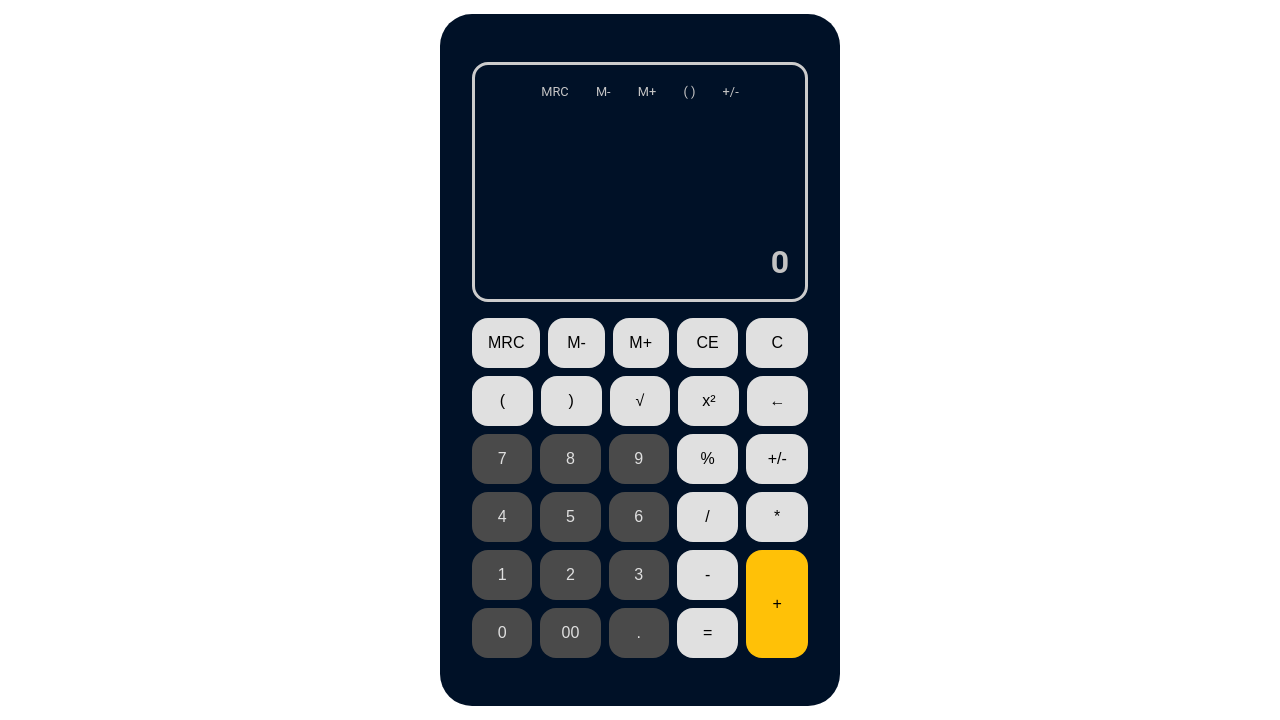
Repository: Denis793/CalculatorNew
Page: index.html
The author's editor kept a copy of each file at every save. The page is drawn from the files as they stood at one save, then again after the next save.
The browser window is 1280 px wide. The pictures show the whole page.
The pointer rests on the first visible `.button`.
The style sheet was rebuilt from its Sass, Less or Tailwind sources for each picture, by a compiler version that may differ from the author's.

Above is the page before, as saved 2025-05-17 19:24:37.

### index.html
<!DOCTYPE html>
<html lang="en">
  <head>
    <meta charset="UTF-8" />
    <meta name="viewport" content="width=device-width, initial-scale=1.0" />
    <title>Calculator</title>
    <link rel="stylesheet" href="./app/style/css/main.css" />
  </head>
  <body>
    <div class="calculatorContainer">
      <div class="display">
        <div class="indicators">
          <span class="indicator" data-key="MRC">MRC</span>
          <span class="indicator" data-key="M-">M-</span>
          <span class="indicator" data-key="M+">M+</span>
          <span class="indicator" data-key="()">( )</span>
          <span class="indicator" data-key="+/-">+/-</span>
        </div>

        <ul id="historyList"></ul>

        <div class="previous"></div>
        <div class="current"></div>
      </div>

      <div class="keypad">
        <div class="memoryBtn">
          <button class="button">MRC</button>
          <button class="button">M-</button>
          <button class="button">M+</button>
        </div>

        <div class="cleanBtn">
          <button class="button">CE</button>
          <button class="button ac">C</button>
        </div>

        <div class="buttonFirst">
          <button class="button">(</button>
          <button class="button">)</button>
          <button class="button">√</button>
          <button class="button">x²</button>
          <button class="button">←</button>
        </div>

        <div class="numbersBtn">
          <button class="button">7</button>
          <button class="button">8</button>
          <button class="button">9</button>

          <button class="button">4</button>
          <button class="button">5</button>
          <button class="button">6</button>

          <button class="button">1</button>
          <button class="button">2</button>
          <button class="button">3</button>

          <button class="button">0</button>
          <button class="button">00</button>
          <button class="button">.</button>
        </div>

        <div class="operationsBtn">
          <button class="button">%</button>
          <button class="button">+/-</button>
          <button class="button">/</button>
          <button class="button">*</button>
          <button class="button">-</button>
          <button class="button plus">+</button>
          <button class="button">=</button>
        </div>
      </div>
    </div>
    <script type="module" src="./app/js/main.js"></script>
  </body>
</html>

### app/js/main.js
import { initializeCalculator } from './state.js';
import './memory.js';
import './operations.js';
import './equals.js';
import './formatter.js';
import './history.js';
import './inputHandler.js';

initializeCalculator();

### app/js/state.js
import { handleMemory } from './memory.js';
import { handleOperations } from './operations.js';
import { handleEquals } from './equals.js';
import { handleInput } from './inputHandler.js';

export const state = {
  expression: '',
  memory: 0,
  memoryLog: [],
  memoryActive: false,

  finish: false,
  lastOperator: '',
  lastOperand: '',
  history: [],
  MAX_LENGTH: 12,
  displayPrev: document.querySelector('.previous'),
  displayCurr: document.querySelector('.current'),
  buttons: document.querySelector('.keypad'),
  historyList: document.getElementById('historyList'),
  lastFunction: '',
  parenthesesCount: 0,
};

export function clearAll() {
  state.expression = '';
  state.finish = false;
  state.lastOperator = '';
  state.lastOperand = '';
  state.lastFunction = '';
  state.parenthesesCount = 0;
  state.displayCurr.textContent = '0';
  state.displayPrev.textContent = '';
  state.historyList.innerHTML = '';
  state.history = [];
  state.memoryActive = false;

  document.querySelectorAll('.button').forEach((btn) => btn.classList.remove('active-operator'));
  document.querySelectorAll('.indicator').forEach((i) => i.classList.remove('active'));
}

export function initializeCalculator() {
  clearAll();

  document.querySelector('.ac').addEventListener('click', clearAll);

  state.buttons.addEventListener('click', (e) => {
    const btn = e.target;
    if (!btn.classList.contains('button')) return;

    const key = btn.textContent;

    const specialKeys = ['MRC', 'M-', 'M+', '+/-', '√'];
    if (specialKeys.includes(key)) {
      document.querySelectorAll('.indicator').forEach((i) => {
        const keep = i.dataset.key === '()' && state.parenthesesCount > 0;
        if (!keep) i.classList.remove('active');
      });
      const indicator = document.querySelector(`.indicator[data-key="${key}"]`);
      if (indicator) indicator.classList.add('active');
    }

    if (handleMemory(key)) return;
    if (handleOperations(key)) return;
    if (handleEquals(key)) return;
    if (handleInput(key)) return;
  });
}

### app/js/memory.js
import { state } from './state.js';
import { formatExpression } from './formatter.js';

export function handleMemory(key) {
  if (!state.memoryLog) state.memoryLog = [];

  if (key === 'MRC') {
    const indicator = document.querySelector('.indicator[data-key="MRC"]');
    if (state.memoryActive) {
      state.memoryActive = false;
      if (indicator) indicator.classList.remove('active');
    } else {
      state.displayCurr.textContent = formatExpression(state.memory.toString());
      state.expression = state.memory.toString();
      state.finish = false;
      state.memoryActive = true;
      if (indicator) indicator.classList.add('active');
    }
    return true;
  }

  if (key === 'M+') {
    const value = parseFloat(state.displayCurr.textContent.replace(/\s/g, '')) || 0;
    state.memory += value;
    state.memoryLog.push(`+${value}`);
    if (state.memoryLog.length > 5) state.memoryLog.shift();
    state.memoryActive = true;
    const indicator = document.querySelector('.indicator[data-key="MRC"]');
    if (indicator) indicator.classList.add('active');
    return true;
  }

  if (key === 'M-') {
    const value = parseFloat(state.displayCurr.textContent.replace(/\s/g, '')) || 0;
    state.memory -= value;
    state.memoryLog.push(`-${value}`);
    if (state.memoryLog.length > 5) state.memoryLog.shift();
    state.memoryActive = true;
    const indicator = document.querySelector('.indicator[data-key="MRC"]');
    if (indicator) indicator.classList.add('active');
    return true;
  }

  return false;
}

### app/js/operations.js
import { state, clearAll } from './state.js';
import { formatExpression } from './formatter.js';

export function handleOperations(key) {
  if (key === '+/-') {
    if (state.displayCurr.textContent === '0') return true;
    if (state.finish) {
      state.expression = (-parseFloat(state.displayCurr.textContent.replace(/\s/g, ''))).toString();
      state.finish = false;
    } else {
      const match = state.expression.match(/(-?\d+\.?\d*)$/);
      if (match) {
        const num = match[0];
        const inverted = (-parseFloat(num)).toString();
        state.expression = state.expression.slice(0, -num.length) + inverted;
      } else {
        state.expression = '-' + state.expression;
      }
    }
    state.displayCurr.textContent = formatExpression(state.expression);
    return true;
  }

  if (key === '←') {
    if (state.finish) return true;
    state.expression = state.expression.slice(0, -1);
    state.displayCurr.textContent = formatExpression(state.expression) || '0';
    return true;
  }

  if (key === '%') {
    state.expression += '/100';
    state.displayCurr.textContent = formatExpression(state.expression);
    return true;
  }

  if (key === '√') {
    if (state.expression === '') return true;
    const original = state.expression;
    const result = Math.sqrt(eval(original));
    const visible = `√${original}`;
    state.expression = result.toString();
    state.displayCurr.textContent = formatExpression(state.expression);
    state.displayPrev.textContent = visible;
    state.lastFunction = 'sqrt';
    state.lastOperator = '';
    state.lastOperand = '';
    state.finish = true;
    const indicator = document.querySelector(`.indicator[data-key="√"]`);
    if (indicator) indicator.classList.add('active');
    return true;
  }

  if (key === '(') {
    const lastChar = state.expression.slice(-1);
    if (/\d|\)/.test(lastChar)) return true;

    if (state.finish) {
      state.expression = '';
      state.finish = false;
    }

    state.expression += key;
    state.displayCurr.textContent = formatExpression(state.expression);
    state.parenthesesCount++;

    const indicator = document.querySelector('.indicator[data-key="()"]');
    if (indicator) indicator.classList.add('active');

    return true;
  }

  if (key === ')') {
    if (state.finish) {
      state.expression = '';
      state.finish = false;
    }
    state.expression += key;
    state.displayCurr.textContent = formatExpression(state.expression);
    if (state.parenthesesCount > 0) {
      state.parenthesesCount--;
      if (state.parenthesesCount === 0) {
        const indicator = document.querySelector(`.indicator[data-key="()"]`);
        if (indicator) indicator.classList.remove('active');
      }
    }
    return true;
  }

  if (key === 'x²') {
    const value = eval(state.expression || '0');
    const result = value ** 2;
    const visible = `${value}²`;
    state.expression = result.toString();
    state.displayCurr.textContent = formatExpression(state.expression);
    state.displayPrev.textContent = visible;
    state.lastFunction = 'square';
    state.lastOperator = '';
    state.lastOperand = '';
    state.finish = true;
    return true;
  }

  if (key === 'CE') {
    const match = state.expression.match(/.*?(?:[+\-*/(]|^)([\d.]+)$/);
    if (match) {
      state.expression = state.expression.slice(0, -match[1].length);
    } else {
      state.expression = '';
    }
    state.lastFunction = '';
    state.displayCurr.textContent = formatExpression(state.expression) || '0';
    document.querySelectorAll('.indicator').forEach((i) => i.classList.remove('active'));
    return true;
  }

  if (key === 'C') {
    clearAll();
    return true;
  }

  return false;
}

### app/js/equals.js
import { state } from './state.js';
import { formatExpression } from './formatter.js';
import { addToHistory } from './history.js';

export function handleEquals(key) {
  if (key !== '=') return false;

  try {
    const open = (state.expression.match(/\(/g) || []).length;
    const close = (state.expression.match(/\)/g) || []).length;
    if (open !== close) return true;

    if (!state.finish) {
      const result = eval(state.expression);
      const match = state.expression.match(/(.+)([+\-*/])\s*(-?\d+\.?\d*)$/);

      if (match) {
        state.lastOperator = match[2];
        state.lastOperand = match[3];
      } else {
        state.lastOperator = '';
        state.lastOperand = '';
      }

      const visible = state.displayPrev.textContent || state.expression;

      state.displayCurr.textContent = formatExpression(result.toString());
      state.expression = result.toString();
      state.finish = true;
      state.displayPrev.textContent = '';

      const containsOperator = /[+\-*/()]|Math\.sqrt|%/.test(visible);
      const isSame = visible.replace(/\s/g, '') === result.toString();

      if (containsOperator && !isSame) {
        addToHistory(`${visible} = ${result}`);
      }
    } else if (state.lastFunction === 'sqrt' && state.finish) {
      const value = parseFloat(state.expression);
      const result = Math.sqrt(value);
      const visible = `√${value}`;
      state.displayCurr.textContent = formatExpression(result.toString());
      state.expression = result.toString();
      state.displayPrev.textContent = visible;
      addToHistory(`${visible} = ${result}`);
      return true;
    } else if (state.lastOperator && state.lastOperand) {
      state.expression = `${state.expression}${state.lastOperator}${state.lastOperand}`;
      const result = eval(state.expression);
      state.displayCurr.textContent = formatExpression(result.toString());
      state.expression = result.toString();
      addToHistory(`${state.expression} = ${result}`);
    }
  } catch {
    return true;
  }

  return true;
}

### app/js/formatter.js
export function formatExpression(expression) {
  return expression.replace(/\d+/g, (match) => {
    return Number(match).toLocaleString('en-US').replace(/,/g, ' ');
  });
}

### app/js/history.js
import { state } from './state.js';

export function addToHistory(item) {
  state.history.push(item);
  if (state.history.length > 3) state.history.shift();

  state.historyList.innerHTML = '';
  state.history.forEach((entry) => {
    const li = document.createElement('li');
    li.textContent = entry;
    state.historyList.appendChild(li);
  });
}

### app/js/inputHandler.js
import { state } from './state.js';
import { formatExpression } from './formatter.js';

export function handleInput(key) {
  const allowed = ['0', '1', '2', '3', '4', '5', '6', '7', '8', '9', '.', '+', '-', '*', '/', '00'];
  if (!allowed.includes(key)) return false;

  if (state.finish) {
    if (!isNaN(key) || key === '(') state.expression = '';
    state.finish = false;
  }

  const digitsOnly = state.expression.replace(/\D/g, '');
  if (digitsOnly.length >= state.MAX_LENGTH) return true;

  if (state.displayCurr.textContent === '0' && !isNaN(key)) {
    state.expression = key;
  } else {
    state.expression += key;
  }

  state.displayCurr.textContent = formatExpression(state.expression);
  return true;
}

### app/style/scss/main.scss
@use 'reset' as *;
@use 'variables' as *;

.calculatorContainer {
  max-width: 400px;
  width: 100%;
  padding: 3rem 2rem;
  height: auto;
  background: #001127;
  border-radius: 2rem;
}

.display {
  background: #001127;
  padding: 1rem;
  border: 3px solid #ccc;
  display: flex;
  flex-direction: column;
  justify-content: space-between;
  gap: 0.5rem;
  height: 15rem;
  text-align: right;
  border-radius: 1rem;
}

.indicators {
  display: flex;
  flex-wrap: wrap;
  gap: 0.5rem;
  justify-content: center;
  font-size: 0.85rem;
  color: #c7c7c7;
}

.indicator {
  padding: 0.2rem 0.6rem;
  font-size: 0.8rem;
  border-radius: 4px;
  border: none;
}

.indicator.active {
  color: rgb(255, 255, 255);
  font-weight: bold;
}

#historyList {
  font-size: 0.8rem;
  list-style: none;
  padding: 0;
  margin: 0;
  color: #c5c5c5;
}

.previous {
  font-size: 0.9rem;
  color: #888;
  height: 1rem;
}

.current {
  font-size: 2rem;
  font-weight: bold;
  min-height: 2.5rem;
  color: #c3c3c3;
}

.keypad {
  display: grid;
  grid-template-areas:
    'memoryBtn cleanBtn'
    'buttonFirst buttonFirst'
    'numbersBtn operationsBtn';
  grid-template-columns: 3fr 2fr;
  gap: 0.5rem;
  margin-top: 1rem;
}

.memoryBtn {
  grid-area: memoryBtn;
  display: grid;
  grid-template-columns: repeat(3, 1fr);
  gap: 0.5rem;
}

.cleanBtn {
  grid-area: cleanBtn;
  display: grid;
  grid-template-columns: repeat(2, 1fr);
  gap: 0.5rem;
}

.buttonFirst {
  grid-area: buttonFirst;
  display: grid;
  grid-template-columns: repeat(5, 1fr);
  gap: 0.5rem;
}

.numbersBtn {
  grid-area: numbersBtn;
  display: grid;
  grid-template-columns: repeat(3, 1fr);
  gap: 0.5rem;
}

.numbersBtn button {
  background: #4a4a4a;
  color: #e0e0e0;
  &:hover {
    background: #6c6c6c;
  }
}

.operationsBtn {
  grid-area: operationsBtn;
  display: grid;
  grid-template-columns: repeat(2, 1fr);
  gap: 0.5rem;
}

.button {
  padding: 1rem;
  background: #e0e0e0;
  border: none;
  border-radius: 1rem;
  font-size: 1rem;
  cursor: pointer;
  transition: background 0.2s ease;
}

.button.plus {
  grid-row: span 2;
  background-color: #ffc107;
}

### app/style/scss/_reset.scss
* {
  margin: 0;
  padding: 0;
  box-sizing: border-box;
}

body {
  font-family: 'Roboto', sans-serif;
  font-size: 10px;
  height: 100vh;
  display: flex;
  justify-content: center;
  align-items: center;
}

li {
  list-style: none;
}

### app/style/scss/_variables.scss
:root {
  --memoryBtn: #000;
}

After the next save:
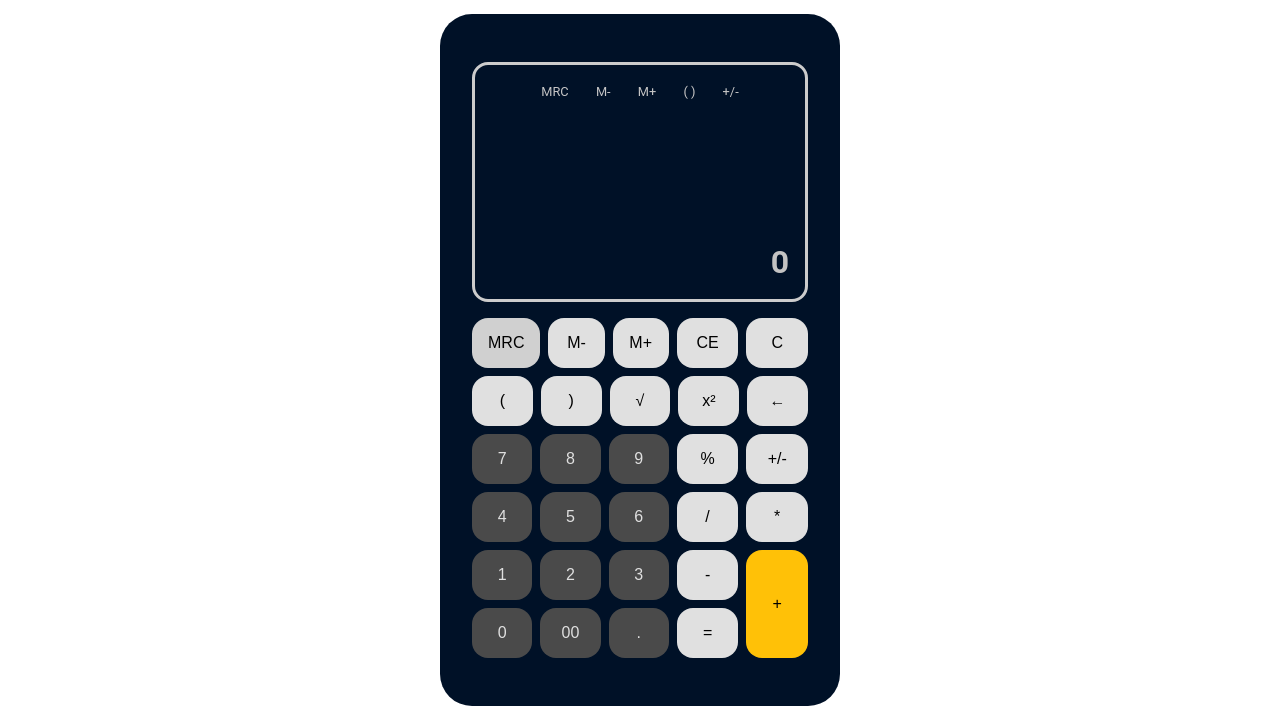
Saved 28 s later.
--- a/app/style/scss/main.scss
+++ b/app/style/scss/main.scss
@@ -129,6 +129,10 @@
   transition: background 0.2s ease;
 }
 
+.button:hover {
+  background: #d0d0d0;
+}
+
 .button.plus {
   grid-row: span 2;
   background-color: #ffc107;
